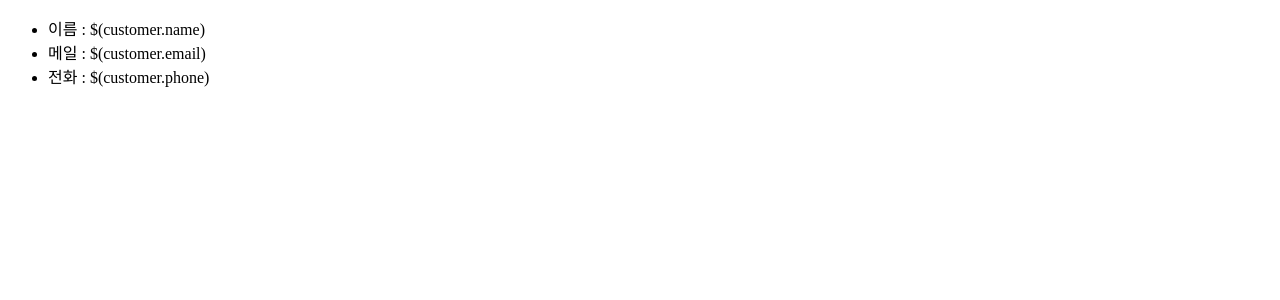
Repository: JIYEON25/model
Page: http://localhost/myWeb/eltag/elex1.jsp
The author's editor kept a copy of each file at every save. The page is drawn from the files as they stood at one save, then again after the next save.
The browser window is 1280 px wide. The pictures show the whole page.
The page is served by Tomcat 9.

Above is the page before, as saved 2023-09-21 00:51:41.

After the next save:
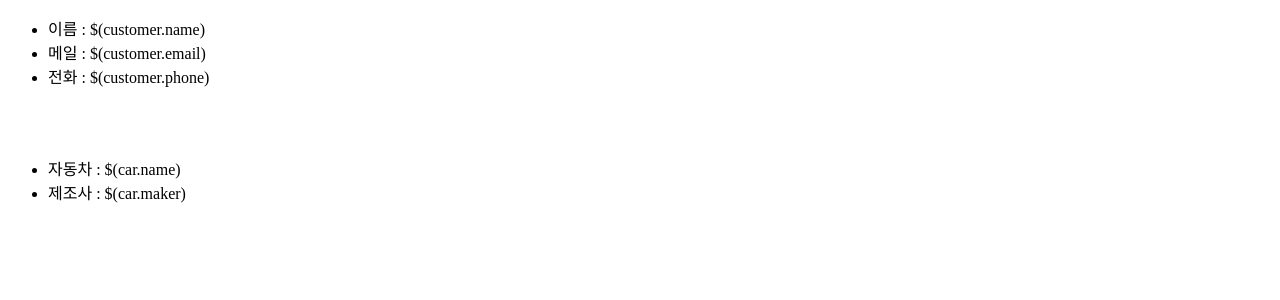
Saved 44 s later.
--- a/model1/myJSP/myWeb/src/main/webapp/eltag/elex1.jsp
+++ b/model1/myJSP/myWeb/src/main/webapp/eltag/elex1.jsp
@@ -26,5 +26,9 @@
 		<li>전화 : $(customer.phone)</li>
 	</ul>
 	<br><br>
+	<ul>
+		<li>자동차 : $(car.name)</li>
+		<li>제조사 : $(car.maker)</li>
+	</ul>
 </body>
 </html>
